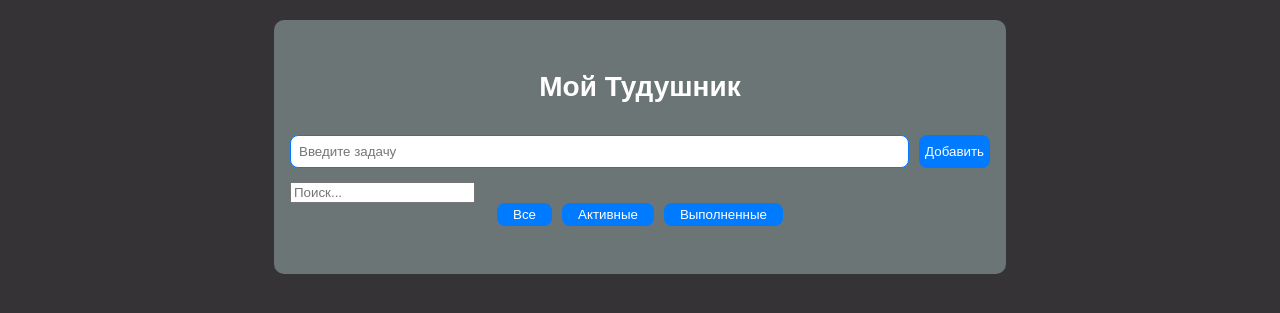
Repository: AlekCawka/-todo-project
Page: /
An editor plug-in stored every save of this project. The page is shown before and after the next save, followed by the edit.
The browser window is 1280 px wide. The pictures show the whole page.
The project was rebuilt for these pictures with package versions that can differ from the ones it lists, and the page was loaded fresh each time. Also part of the build but not shown: vite.config.js.

Above is the page before, as saved 2025-08-06 23:05:39.

After the next save:
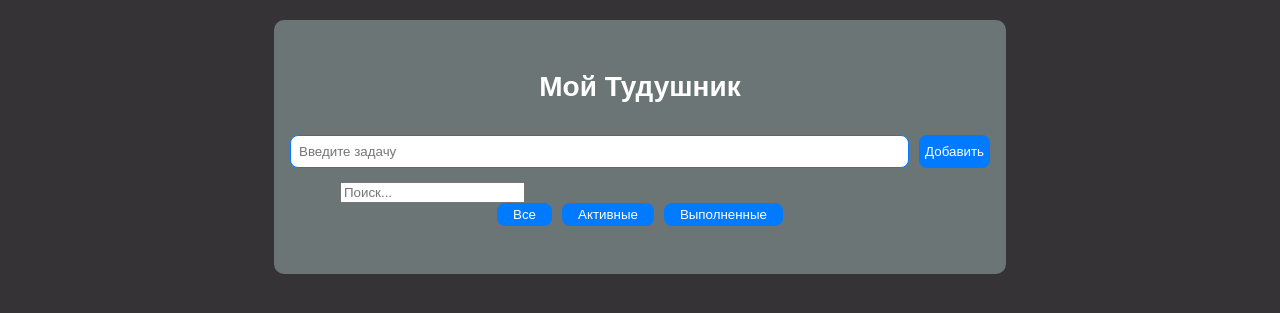
Saved 20 s later.
--- a/src/App.jsx
+++ b/src/App.jsx
@@ -47,7 +47,7 @@ const App = () => {
         <button onClick={handleAdd}>Добавить</button>
       </div>
 
-      <div>
+      <div className='searchAndFilter'>
         <input
           type="text"
           placeholder="Поиск..."

After the save that followed:
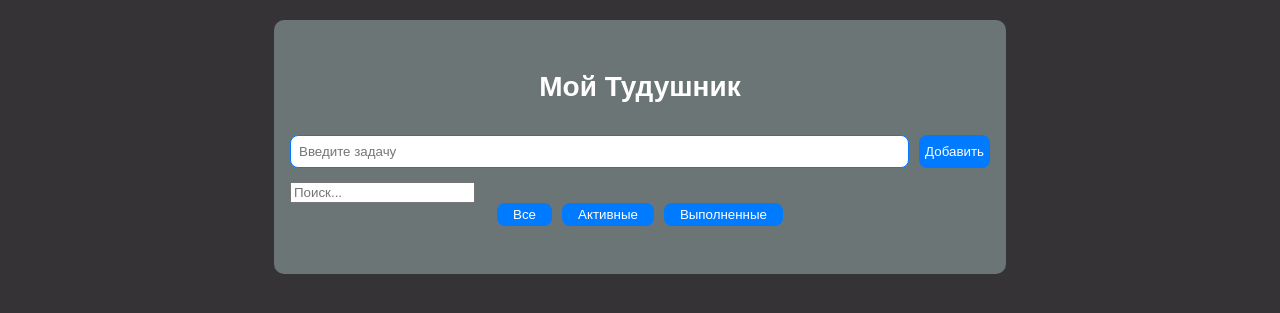
Saved 27 s later.
--- a/src/App.css
+++ b/src/App.css
@@ -32,11 +32,11 @@ body {
     border-radius: 8px;
     border: 1px solid #007bff;
 }
-
+d
 
 .searchAndFilter {
     width: 600px;
-    margin: 0 auto;
+    margin: 0 ;
 }
 
 .searchQuery {
